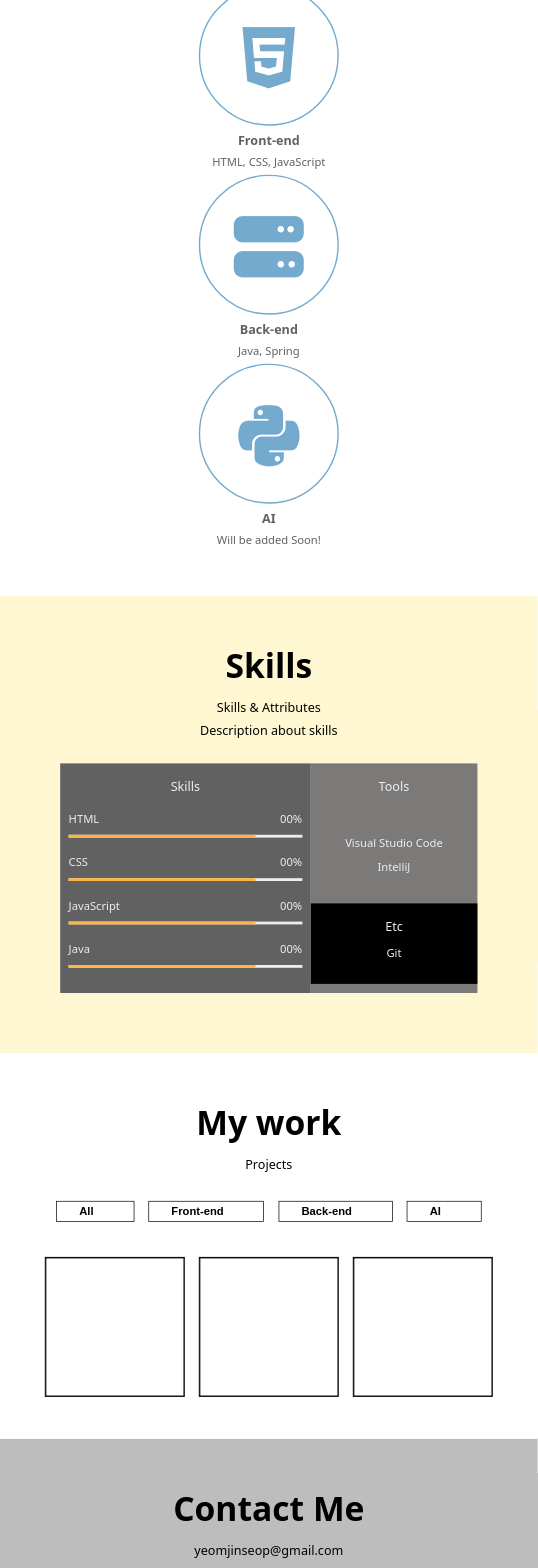
Repository: YEOMJINSEOP/yeomjinseop.github.io
Page: index.html
These files come from the project's save history. The page is drawn as it stood at one moment and after a run of saves; the edit follows.
The browser window is 768 px wide. The pictures show the part of the page from y = 801 to 3041 px (the page is 3214 px tall before and 3286 px after), at 70% of full size.
Some web libraries are served in a nearby version.

Above is the page before, as saved 2022-08-14 21:36:13.

### index.html
<!DOCTYPE html>
<html lang="en">
<head>
  <meta charset="UTF-8">
  <meta http-equiv="X-UA-Compatible" content="IE=edge">
  <meta name="viewport" content="width=device-width, initial-scale=1.0">
  <title>Jinseop's Portfolio</title>
  <meta name="author" content="Jinseop Yeom">
  <meta name="description" content="Portfolio Website For Jinseop Yeom">

  <!--Logo Image-->
  <link rel="icon" type="image/png" href="images/favicon.png">


  <!--Font Awesome-->
  <script src="https://kit.fontawesome.com/d24b25bb21.js" crossorigin="anonymous"></script>

  <!--Google Fonts-->
  <link rel="preconnect" href="https://fonts.googleapis.com">
  <link rel="preconnect" href="https://fonts.gstatic.com" crossorigin>
  <link href="https://fonts.googleapis.com/css2?family=Open+Sans:wght@400;600;700&display=swap" rel="stylesheet">

  <!--CSS-->
  <link rel="stylesheet" href="style.css">

  <!--JavaScript-->
  <script src="main.js" defer></script>

</head>
<body>
  <!--Navbar-->
  <nav id="navbar">
    <div class="navbar__logo">
      <i class="fa-solid fa-utensils"></i>
      <a href="#">Yeom JinSeop</a>
    </div>
    <div>
      <ul class="navbar__menu">
        <li class="navbar__menu__item active">Home</li>
        <li class="navbar__menu__item">About</li>
        <li class="navbar__menu__item">Skill</li>
        <li class="navbar__menu__item">My work</li>
        <li class="navbar__menu__item">Testimonial</li>
        <li class="navbar__menu__item">Contact</li>
      </ul>
    </div>

      <!-- Toggle button -->
  <button class="toggle_button">
    <i class="fa-solid fa-bars"></i>
  </button>
  </nav>



  <!-- Home -->
  <section id="home" class="section">
    <img src="/images/whileimage.png" alt="Jinseop's image" class="home__avatar">
    <h1 class="home__title">Welcome! <br/> Jinseop's Portfolio</h1>
    <h3 class="home__description">Type Home Description Here.</h3>
    <button class="home__button">Contact Me</button>
  </section>

  <!--About-->
  <section id="about" class="section">
    <div class="section__container">
      <h1>About me</h1>
      <p>Wrtie about me here.</p>

      <div class="about__majors">

        <div class="major">
          <div class="major__icon">
            <i class="fa-brands fa-html5"></i>
          </div>
          <div class="major__title">
            Front-end
          </div>
          <div class="major__description">
            HTML, CSS, JavaScript
          </div>
        </div>

        <div class="major">
          <div class="major__icon">
            <i class="fa-solid fa-server"></i>
          </div>
          <div class="major__title">
            Back-end
          </div>
          <div class="major__description">
            Java, Spring
          </div>
        </div>


        <div class="major">
          <div class="major__icon">
            <i class="fa-brands fa-python"></i>
          </div>
          <div class="major__title">
            AI
          </div>
          <div class="major__description">
            Will be added Soon!
          </div>
        </div>

      </div>
    </div>
  </section>

  <!--Skills-->
  <section id="skills" class="section">
    <div class="section__container">
      <h1>Skills</h1>
    <h3>Skills & Attributes</h3>
    <p>Description about skills</p>
    <div class="skillset">
      <div class="skillset__left">
        <h3 class="skillset__title">Skills</h3>
        <div class="skill">
          <div class="skill__description">
            <span>HTML</span>
            <span>00%</span>
          </div>

          <div class="skill__bar">
            <div class="skill__value"></div>
          </div>
        </div>

        <div class="skill">
          <div class="skill__description">
            <span>CSS</span>
            <span>00%</span>
          </div>

          <div class="skill__bar">
            <div class="skill__value"></div>
          </div>

          <div class="skill">
            <div class="skill__description">
              <span>JavaScript</span>
              <span>00%</span>
            </div>

            <div class="skill__bar">
              <div class="skill__value"></div>
            </div>
          </div>
        </div>

        <div class="skill">
          <div class="skill__description">
            <span>Java</span>
            <span>00%</span>
          </div>

          <div class="skill__bar">
            <div class="skill__value"></div>
          </div>
        </div>
      </div>

      <div class="skillset__right">
        <div class="tools">
          <h3 class="skillset__title">Tools</h3>
          <ul class="tools__list">
            <li><span>Visual Studio Code</span></li>
            <li><span>IntelliJ</span></li>
          </ul>
        </div>

        <div class="etc">
          <h3 class="skillset__title">Etc</h3>
          <ul class="etc__list">
            <li><span>Git</span></li>
          </ul>
        </div>
      </div>
    </div>
    </div>
  </section>

  <!--Work-->
  <section id="work" class="section">
   <div class="section__container">
    <h1>My work</h1>
    <h3>Projects</h3>
    <div class="work__categories">
      <button class="category__btn">All<span class="category__count">3</span></button>
      <button class="category__btn">Front-end<span class="category__count">1</span></button>
      <button class="category__btn">Back-end<span class="category__count">1</span></button>
      <button class="category__btn">AI<span class="category__count">1</span></button>
    </div>

    <div class="work__projects">
      <a href="#" class="project" target="blank">
        <img src="images/whileimage.png" alt="project image" class="project__image">
        <div class="project__description">
          <h3>Project Name</h3>
          <span>Description about Project</span>
        </div>
      </a>

      <a href="#" class="project" target="blank">
        <img src="images/whileimage.png" alt="project image" class="project__image">
        <div class="project__description">
          <h3>Project Name</h3>
          <span>Description about Project</span>
        </div>
      </a>

      <a href="#" class="project" target="blank">
        <img src="images/whileimage.png" alt="project image" class="project__image">
        <div class="project__description">
          <h3>Project Name</h3>
          <span>Description about Project</span>
        </div>
      </a>
    </div>
   </div>
  </section>

  <!--Testimonial-->
  <!-- <section id="testimonial" class="section">
    <h1>Testimonial</h1>
    <h3>See What They Say About Me</h3>
    <div class="testimonials">
      <div class="testimonial">
        <img src="" alt="Person Image" class="testimonial__avatar">
        <div class="testimonial__speech_bubble">
          <p>Recommendation Talk Here.</p>
          <p class="name"><a href="#">Professor A</a></p>
        </div>
      </div>

      <div class="testimonial">
        <img src="" alt="Person Image" class="testimonial__avatar">
        <div class="testimonial__speech_bubble">
          <p>Recommendation Talk Here.</p>
          <p class="name"><a href="#">Professor A</a></p>
        </div>
      </div>
    </div>
  </section> -->

  <!--Contact-->
  <section id="contact" class="section">
    <h1>Contact Me</h1>
    <h3>yeomjinseop@gmail.com</h3>
    <div class="contact_links">
      <a href="https://github.com/YEOMJINSEOP" target="blank">
        <i class = "fab fa-github"></i>
      </a>
    </div>
    <p class="contact_rights">
      2022 YEOM JINSEOP - All rights reserved
    </p>
  </section>
</body>
</html>

### style.css
 /* Global */

 :root{
  /* Color */
  --color-white: #ffffff;
  --color-light-white: #eeeeee;
  --color-dark-white: #bdbdbd;
  --color-pink: #fe918d;
  --color-dark-pink: #ff6863;
  --color-deep-pink: #FF8ACA;
  --color-black: #4d4d4d;
  --color-grey: #616161;
  --color-light-gray: #7c7979;
  --color-blue: #73aace;
  --color-yellow: #fff7d1;
  --color-light-yellow: #FBFAE2;
  --color-orange: #feb546;
  --color-black: #000000;
  --color-yellow-green: #BEEBA9;
  --color-sky-blue: #A9D7EB;
  --color-deep-blue: #4280EB;
  --color-dark-deep-blue: #627BA3;

  /* Font size */
  --font-large: 48px;
  --font-medium: 28px;
  --font-regular: 18px;
  --font-small: 16px;
  --font-micro: 14px;


  /* Font Weight */
  --weight-bold: 700;
  --weight-semi-bold: 600;
  --weight-regular: 400;

  /* Size */
  --size-border-radius: 4px;

  /* Animation */
  --animation-duration: 300ms;

 }

 /* Universal tages */
 * {
  box-sizing: border-box;
 }

 body{
  margin: 0;
  font-family:system-ui, -apple-system, BlinkMacSystemFont, 'Segoe UI', Roboto, Oxygen, Ubuntu, Cantarell, 'Open Sans', 'Helvetica Neue', sans-serif;
  cursor: default;
}

 a{
  text-decoration: none;
  color: var(--color-white);
 }

 ul{
  list-style: none;
  padding-left: 0;
 }

 button{
  background-color: transparent;
  border: none;
  cursor: pointer;
 }



 /* Typography */

 h1{
  font-size: var(--font-large);
  font-weight: var(--weight-bold);
  color: var(--color-black);
  margin: 16px 0;
 }

 h2{
  font-size: var(--font-medium);
  font-weight: var(--weight-semi-bold);
  color: var(--color-black);
  margin: 8px 0;
 }

 h3{
  font-size: var(--font-regular);
  font-weight: var(--weight-regular);
  color: var(--color-black);
  margin: 8px 0;
 }

 p{
  font-size: var(--font-regular);
  font-weight:  var(--font-regular);
  color: var(--color-black);
  margin: 4px 0;
 }

 /* Body  */

 /* Nav */
 #navbar{
  display: flex;
  justify-content: space-between;
  align-items: center;
  background-color: var(--color-deep-blue);
  color: var(--color-white);
  padding: 16px;
 }

 .navbar__logo{
  font-size: var(--font-medium);
  font-weight: var(--weight-semi-bold);
  padding: 8px 12px;
 }

 .navbar__menu{
  display: flex;
  font-size: var(--font-small);
  font-weight: var(--weight-regular);
 }

 .navbar__menu__item.active{
  border: 1px solid white;
 }

 .navbar__menu__item{
  padding: 8px 12px;
  margin: 0 4px;
  border-radius: var(--size-border-radius);
  cursor: pointer;
 }

 .navbar__menu__item:hover{
  background-color: var(--color-dark-deep-blue);
 }

 /* Home */

 #home{
  background-color: var(--color-sky-blue);
  background-position: center;
  background-repeat: no-repeat;
  background-size: cover;
  padding: 40px;
  text-align: center;
 }

 .home__avatar{
  border: 2px solid var(--color-white);
  border-radius: 50%;
  width: 200px;
  height: 200px;
 }

 .home__title,
 .home__description{
  font-size: var(--font-medium);
  color: var(--color-white);
  padding: 4px;
 }

 .home__button{
  border: 1px solid var(--color-white);
  padding: 8px 12px;
  margin-top: 8px;
  color: var(--color-white);
 }

.home__button:hover{
  background-color: var(--color-deep-blue);
}

/* Section Common */
.section{
  padding: 50px;
  text-align: center;
}

.section__contatiner{
  max-width: 1200px;
}

/* About */

.about__majors{
  display: flex;
  justify-content: center;
  margin: 8px 12px;
  padding: 12px;
}

.major{
  margin: 8px 24px;
}

.major__icon{
  height: 200px;
  width: 200px;
  font-size: 100px;
  line-height: 200px;
  border: 2px solid var(--color-blue);
  border-radius: 50%;
  color: var(--color-blue);
  margin: 8px 12px;
  transition: all var(--animation-duration) linear;
}

.major__icon:hover{
  color: var(--color-orange);
  border-color: var(--color-orange);
}

.major__icon:hover i{
  transform: scale(120%);
}


.major__title {
  font-size: var(--font-regular);
  font-weight: var(--weight-semi-bold);
  color:var(--color-grey);
  margin: 8px;;
}

.major__description{
  font-size: var(--font-small);
  color: var(--color-grey);
}

.about__jobs{
  margin: 12px 0;
}

.job{
  display: flex;
  align-items: center;
}

.job__logo{
  padding: 8px;
  margin: 4px 12px;
}

.job__name{
  font-size: var(--font-small);
}

.job__description{
  font-size: var(--font-micro);
}

/* Skill */

#skills{
  background-color: var(--color-yellow);
}
.skillset{
  display: flex;
  justify-content: center;
  margin: 12px 12px;
  padding: 24px;
  color: var(--color-light-white);
}

.skillset__left{
  padding: 12px;
  flex-basis: 60%;
  background-color: var(--color-grey);
}

.skill{
  margin: 24px 0;
}

.skill__description{
  display: flex;
  justify-content: space-between;
}

.skillset__title{
  color: var(--color-light-white);
  margin: 8px 0;
}

.skill__bar{
  width: 100%;
  height: 4px;
  background-color: var(--color-light-white);
  margin: 12px 0;
}

.skill__value{
  width: 80%;
  /* width는 html에 style로 넣어서 각각 지정하기! */
  height: 4px;
  background-color: var(--color-orange);
}


.skillset__right{
  flex-basis:40%;
  background-color: var(--color-light-gray);
}

.tools{
  padding: 12px;
  height:200px;
}

.tools__list{
  padding: 30px 0;
}

.tools__list li{
  margin: 12px;
}


.etc{
  background-color: var(--color-black);
  height: 115px;
  padding: 12px;
}

/* Work */

.work__categories{
  margin: 24px 0 ;
  padding: 12px 0;
}

.category__btn{
  border: 1px solid var(--color-black);
  background-color: var(--color-white);
  padding: 4px 32px;
  margin: 4px 8px;
  font-size: var(--font-small);
  font-weight: var(--weight-semi-bold);
}

.category__btn:hover {
  background-color: var(--color-light-white);
}

.category__btn:hover .category__count{
  opacity: 1;
  transform: translateY(0);
}

.category__count{
  width:  20px;
  height: 20px;
  line-height: 20px;
  color: var(--color-white);
  margin-left: 5px;
  background-color: var(--color-orange);
  display: inline-block;
  border-radius: 50%;
  opacity: 0;
  transition: all var(--animation-duration) ease-in;
  transform: translateY(-10px);
}

.work__projects{
  display: flex;
  flex-wrap:wrap;
  align-items: center;
  justify-content: center;
}

.project__image{
  width: 100%;
  height: 100%;
}

.project{
  position: relative;
  width: 200px;
  height: 200px;
  margin: 10px;
}

.project__description{
  position: absolute;
  top:0px;
  left:0px;
  background-color: var(--color-grey);
  width: 100%;
  height: 100%;
  display: flex;
  flex-direction: column;
  justify-content: center;
  opacity: 0;
  transition: all var(--animation-duration) ease-in;
  transform: translateY(-10px);
}

.project__description h3{
  color: var(--color-white);
}

.project__description h3:after{
  content: " ";
  display: block;
  position: relative;
  left: 50%;
  width: 20px;
  height: 2px;
  margin-top: 8px;
  margin-left: -8px;
  background-color: var(--color-white);
}

.project__description:hover{
  opacity: 0.8;
  transform: translateY(0);
}

/* Contact */

#contact{
  background-color: var(--color-dark-white);
}

.contact_links{
  padding: 24px 0;
}

.contact_links i{
  font-size: var(--font-large);
  color: var(--color-white);

}

.contact_links i:hover{
  color: var(--color-yellow);
  transform: scale(120%);
}

.toggle_button{
  position: absolute;
  top: 26px;
  right: 36px;
  font-size: var(--font-medium);
  color: var(--color-white);
  display: none;
}

@media screen and (max-width: 768px) {
  #navbar{
    display: flex;
    flex-direction: column;
  }

  .toggle_button{
    display: block;
  }

  .navbar__menu{
    width: 100%;
    display: None;
  }

  .about__majors{
    display: flex;
    flex-direction: column;
    align-items: center;
  }
  .major{
    margin: 0;
  }
}

Loaded but not shown: main.js (no copy from this time; the picture is the same without it)

After the next 2 saves:
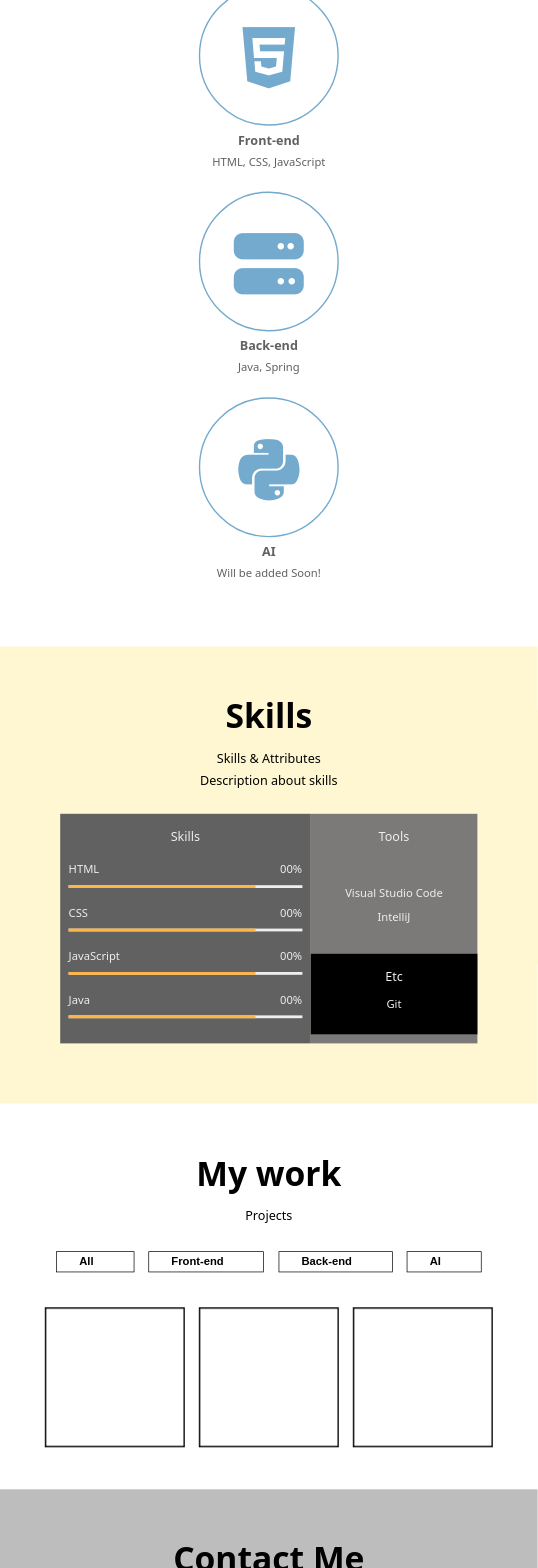
The 2 saves are shown as one change because they came seconds apart.
The last was saved 21 s later.
--- a/style.css
+++ b/style.css
@@ -474,5 +474,6 @@
   }
   .major{
     margin: 0;
+    margin-bottom: 24px;
   }
 }
